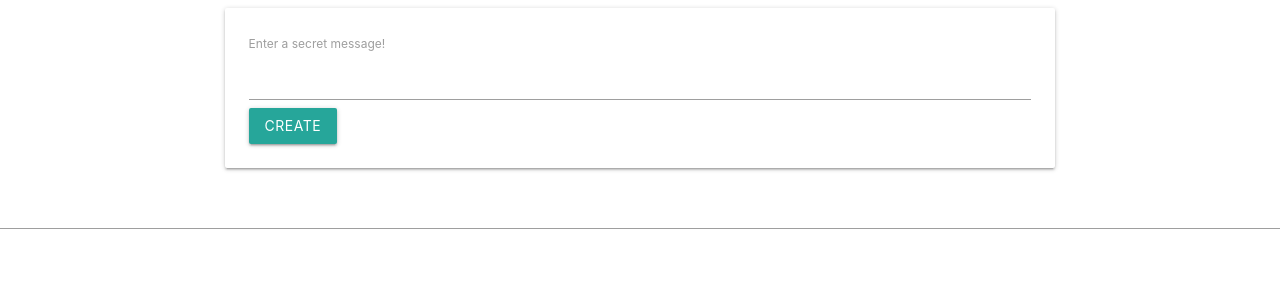
Repository: Sbethm/secret-message-sharing-app
Page: index.html
An editor plug-in stored every save of this project. The page is shown before and after the next save, followed by the edit.
The browser window is 1280 px wide. The pictures show the whole page.

Above is the page before, as saved 2021-10-11 16:27:40.

After the next save:
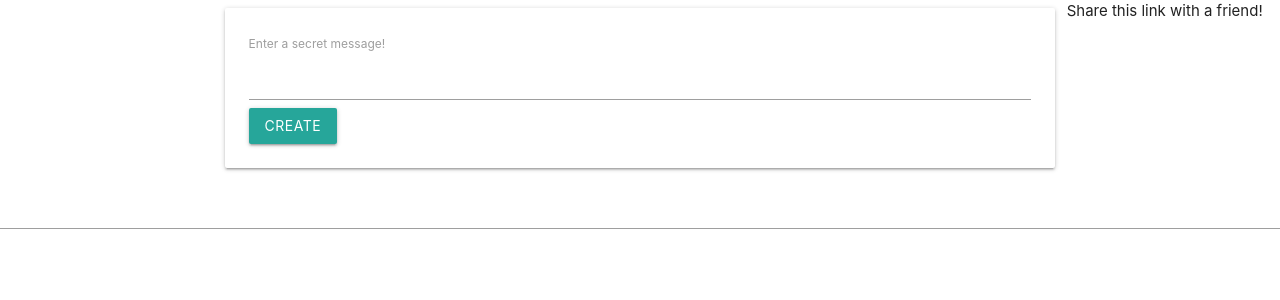
Saved 7 s later.
--- a/index.html
+++ b/index.html
@@ -19,7 +19,7 @@
             </div>
         </div>
         <div>
-
+            Share this link with a friend!
             <input id="link-input" type="text" />
         </div>
     </div>
